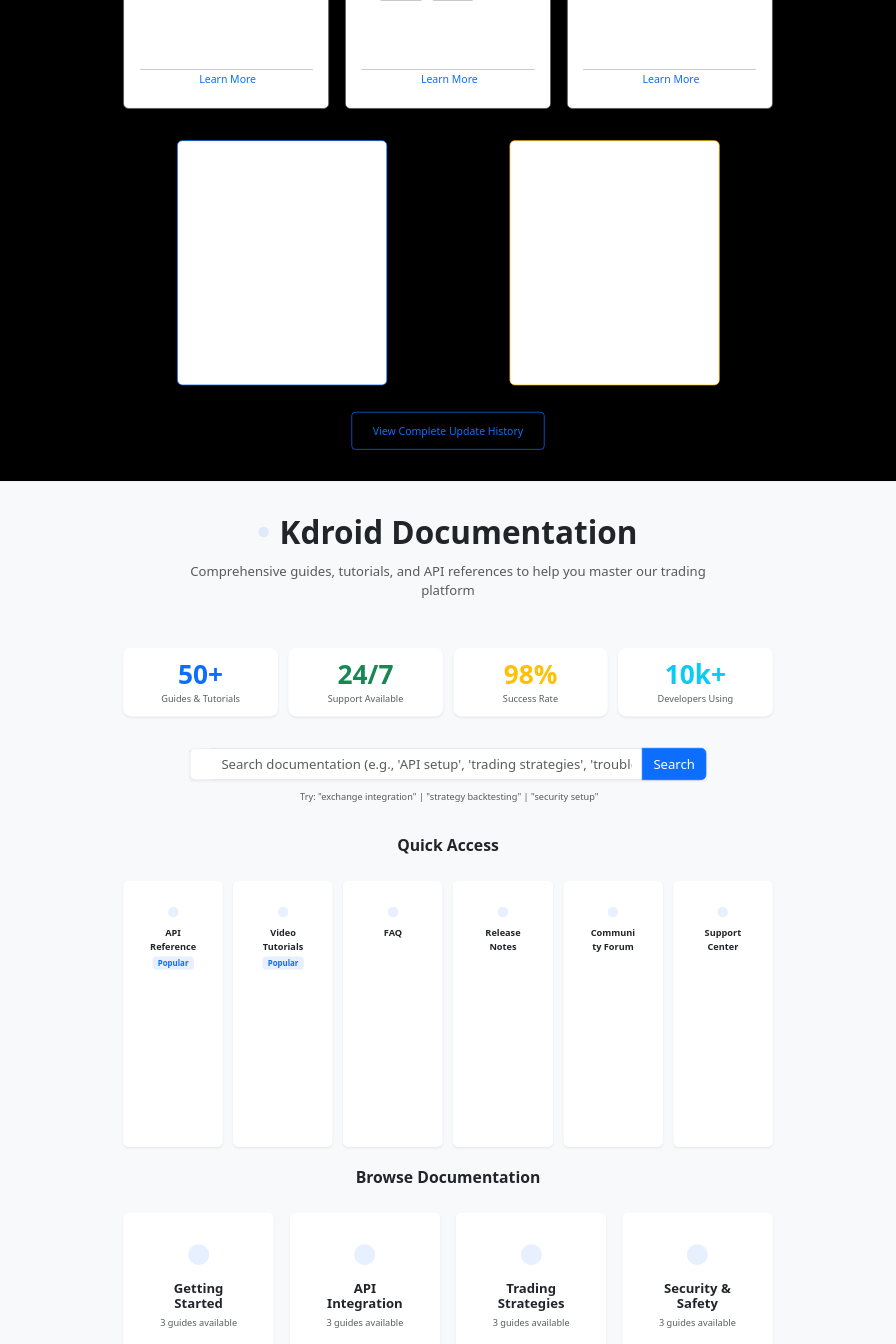
Repository: Kevin-Pro-Codes/halo-trading
Page: /
These files come from the project's save history. The page is drawn as it stood at one moment and after the next save; the edit follows.
The browser window is 1280 px wide. The pictures show the part of the page from y = 4479 to 6399 px (the page is 19451 px tall before and 19625 px after), at 70% of full size.
The page's requests for data from a server got no answer. The project was rebuilt for these pictures with package versions that can differ from the ones it lists, and the page was loaded fresh each time. Some packages were replaced by stand-ins written for this rebuild. No one was signed in, and anything a server would have sent is missing. Also part of the build but not shown: vite.config.js, src/styles/DocStyle.css, src/styles/PricingStyle.css.

Above is the page before, as saved 2025-12-09 19:16:41.

After the next save:
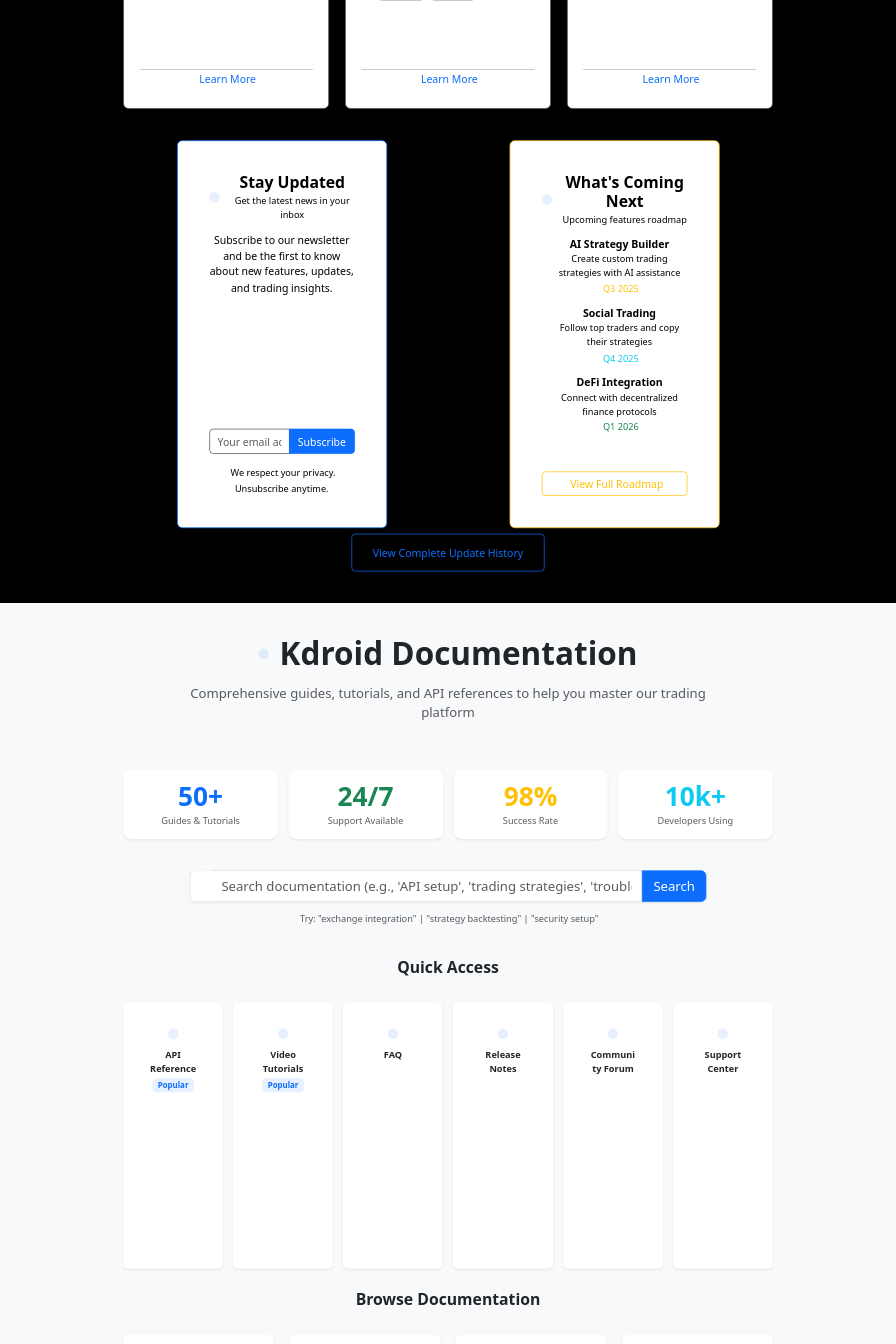
Saved 5 s later.
--- a/src/components/LatestSection.jsx
+++ b/src/components/LatestSection.jsx
@@ -201,31 +201,115 @@
           </div>
         </div>
 
-    {/* Two Boxes at Bottom */}
-<div className="row justify-content-center mt-5">
-  <div className="col-lg-10">
-    <div className="row g-4 d-flex align-items-stretch"> {/* Added align-items-stretch */}
-
-      {/* Left Box: Newsletter */}
-      <div className="col-lg-6 d-flex"> {/* Added d-flex */}
-        <div className="card border-primary bg-white w-100"> {/* Added w-100 */}
-          <div className="card-body p-4 d-flex flex-column h-100"> {/* Added h-100 */}
-            {/* ... rest of your content ... */}
-          </div>
-        </div>
-      </div>
-
-      {/* Right Box: Roadmap */}
-      <div className="col-lg-6 d-flex"> {/* Added d-flex */}
-        <div className="card border-warning bg-white w-100"> {/* Added w-100 */}
-          <div className="card-body p-4 d-flex flex-column h-100"> {/* Added h-100 */}
-            {/* ... rest of your content ... */}
-          </div>
-        </div>
-      </div>
-    </div>
-  </div>
-</div>
+        {/* Two Boxes at Bottom */}
+        <div className="row justify-content-center mt-5">
+          <div className="col-lg-10">
+            <div className="row g-4">
+
+              {/* Left Box: Newsletter */}
+              <div className="col-lg-6">
+                <div className="card border-primary bg-white h-100">
+                  <div className="card-body p-4 d-flex flex-column">
+                    <div className="d-flex align-items-center mb-3">
+                      <div className="bg-primary bg-opacity-10 p-2 rounded-circle me-3">
+                        <i className="bi bi-bell-fill text-black fs-4"></i>
+                      </div>
+                      <div>
+                        <h4 className="fw-bold mb-1 text-black">Stay Updated</h4>
+                        <p className="text-black small mb-0">Get the latest news in your inbox</p>
+                      </div>
+                    </div>
+
+                    <p className="text-black mb-4">
+                      Subscribe to our newsletter and be the first to know about new features, updates, and trading insights.
+                    </p>
+
+                    <div className="mt-auto">
+                      <div className="input-group mb-3">
+                       <input
+  type="email"
+  className="form-control bg-white border-secondary text-white"
+  placeholder="Your email address"
+  style={{
+    color: 'white !important',
+    backgroundColor: '#ffffffff !important'
+  }}
+/>
+                        <button className="btn btn-primary">
+                          Subscribe
+                        </button>
+                      </div>
+                      <small className="text-black">
+                        <i className="bi bi-shield-check me-1"></i>
+                        We respect your privacy. Unsubscribe anytime.
+                      </small>
+                    </div>
+                  </div>
+                </div>
+              </div>
+
+              {/* Right Box: Roadmap */}
+              <div className="col-lg-6">
+                <div className="card border-warning bg-white h-100">
+                  <div className="card-body p-4 d-flex flex-column">
+                    <div className="d-flex align-items-center mb-3">
+                      <div className="bg-warning bg-opacity-10 p-2 rounded-circle me-3">
+                        <i className="bi bi-map text-warning fs-4"></i>
+                      </div>
+                      <div>
+                        <h4 className="fw-bold mb-1 text-black">What's Coming Next</h4>
+                        <p className="text-black small mb-0">Upcoming features roadmap</p>
+                      </div>
+                    </div>
+
+                    <div className="mb-4">
+                      <div className="d-flex align-items-start mb-3">
+                        <div className="text-warning me-3 mt-1">
+                          <i className="bi bi-circle-fill fs-6"></i>
+                        </div>
+                        <div>
+                          <h6 className="fw-bold mb-1 text-black">AI Strategy Builder</h6>
+                          <p className="text-black small mb-0">Create custom trading strategies with AI assistance</p>
+                          <small className="text-warning"><i className="bi bi-calendar me-1"></i> Q3 2025</small>
+                        </div>
+                      </div>
+
+                      <div className="d-flex align-items-start mb-3">
+                        <div className="text-info me-3 mt-1">
+                          <i className="bi bi-circle-fill fs-6"></i>
+                        </div>
+                        <div>
+                          <h6 className="fw-bold mb-1 text-black">Social Trading</h6>
+                          <p className="text-black small mb-0">Follow top traders and copy their strategies</p>
+                          <small className="text-info"><i className="bi bi-calendar me-1"></i> Q4 2025</small>
+                        </div>
+                      </div>
+
+                      <div className="d-flex align-items-start">
+                        <div className="text-success me-3 mt-1">
+                          <i className="bi bi-circle-fill fs-6"></i>
+                        </div>
+                        <div>
+                          <h6 className="fw-bold mb-1 text-black">DeFi Integration</h6>
+                          <p className="text-black small mb-0">Connect with decentralized finance protocols</p>
+                          <small className="text-success"><i className="bi bi-calendar me-1"></i> Q1 2026</small>
+                        </div>
+                      </div>
+                    </div>
+
+                    <div className="mt-auto">
+                      <button className="btn btn-outline-warning w-100">
+                        <i className="bi bi-clock-history me-2"></i>
+                        View Full Roadmap
+                      </button>
+                    </div>
+                  </div>
+                </div>
+              </div>
+            </div>
+          </div>
+        </div>
+
         {/* View All Button */}
         <div className="row justify-content-center mt-4">
           <div className="col-lg-10 text-center">
